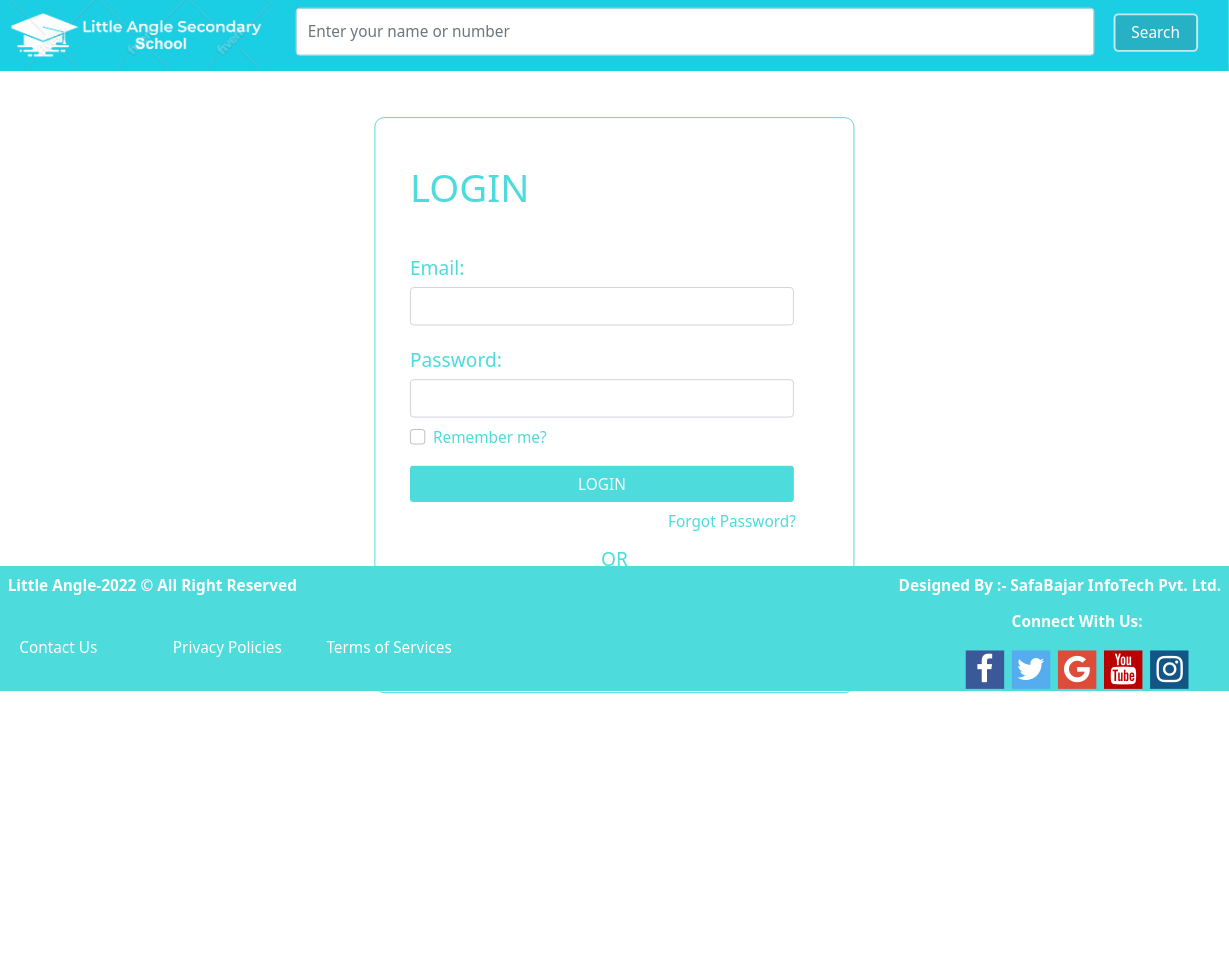
Repository: Sjuicyy/School-Project
Page: login.html
These files come from the project's save history. The page is drawn as it stood at one moment and after a run of saves; the edit follows.
The browser window is 1280 px wide. The pictures show the whole page, at 96% of full size.

Above is the page before, as saved 2022-09-17 13:23:09.

### login.html
<!doctype html>
<html lang="en">

<head>
    <!-- Required meta tags -->
    <meta charset="utf-8">
    <meta name="viewport" content="width=device-width, initial-scale=1">

    <!-- Bootstrap CSS -->
    <link href="https://cdn.jsdelivr.net/npm/bootstrap@5.0.2/dist/css/bootstrap.min.css" rel="stylesheet"
        integrity="sha384-EVSTQN3/azprG1Anm3QDgpJLIm9Nao0Yz1ztcQTwFspd3yD65VohhpuuCOmLASjC" crossorigin="anonymous">

    <link rel="stylesheet" href="https://cdnjs.cloudflare.com/ajax/libs/font-awesome/4.7.0/css/font-awesome.min.css">


    <style>
        body {
            height: 1000px;
        }

        .navcol {
            background-color: rgb(28, 206, 228);
        }

        .row0 div {
            width: auto;
            display: flex;
        }

        .img {
            height: 70px;
            width: 100%;
        }

        .form-control {
            height: 50px;
        }


        .btn1 {
            background-color: rgb(38, 178, 196);
            color: white;
            height: 40px;
            width: 100px;
            margin: 20px;
            margin-top: 14px;
            border: 2px solid rgba(255, 255, 255, 0.715);
            border-radius: 5px;
        }

        .btn1:hover {
            background-color: rgba(0, 225, 255, 0);
            border: 2px solid white;
            outline: none;
        }

        .btn1:active {
            color: rgba(255, 255, 255, 0.667);
            border: 2px solid rgba(255, 255, 255, 0.533);
        }

        .footer {
            background-color: rgb(77, 219, 219);
            position: fixed;
            width: 100%;
            overflow: AUTO;
            color: rgb(255, 255, 255);
            bottom: 0;
        }

        .footer::-webkit-scrollbar {
            display: none;
        }


        .fb {

            width: 160px
        }

        .fa1 {
            font-size: xx-large;
            padding: 4px;
            margin: 2px;
            width: 40px;
            text-decoration: none;
        }

        .fa-facebook {
            background: #3B5998;
            color: white;
        }

        .fa-twitter {
            background: #55ACEE;
            color: white;
        }

        .fa-google {
            background: #dd4b39;
            color: white;
        }

        .fa-youtube {
            background: #bb0000;
            color: white;
        }

        .fa-instagram {
            background: #125688;
            color: white;
        }
        .bd{
            border: 1px solid rgb(77, 219, 219);
        }
        .formM{
            width: 400px;
            margin-left: 24px;
            height: 40px;
        }
        .btn2{
            background-color: rgb(77, 219, 219);
            width: 400px;
        }
        .color{
            color: rgb(77, 219, 219);;
        }
        .a{
            text-decoration: none;
            color: rgb(77, 219, 219);
        }
    </style>
    <title>Little Angle School</title>
</head>

<body>
    <!-- heading start -->
    <div class="container-fluid text-center">
        <div class="row row0 navcol">
            <div class="col-3">
                <img class="img" src="/school.png" alt="">
            </div>
            <div class="col">
                <input class="form-control mt-2 " type="search" placeholder="Enter your name or number "
                    aria-label="Search">
                <button class="btn1" type="submit">Search</button>
                </form>
            </div>
        </div>
    </div>
    <!-- heading end -->



    <!-- login body  -->


    <div class="container mt-5 bd" style="width: 500px;height:600px;border-radius:10px">

        <div class="row  m-4 mt-5 h1 color">LOGIN</div>
        <div class="row mx-4 mt-5 h5 color">Email:</div>
        <input class="form-control formM" type="text">

        <div class="row mx-4 mt-4 h5 color">Password:</div>
        <input class="form-control formM" type="password">

        <div class="form-check mx-4 mt-2">
            <input class="form-check-input a" type="checkbox" value="" id="flexCheckDefault">
            <label class="form-check-label a" for="flexCheckDefault">
                Remember me?
            </label>
          </div>
        <!-- <input class="form-check mx-4 mt-2" type="checkbox" name="" id="">
        <label for="">aaaaa</label> -->

        <button class="btn btn2 mt-3 ms-4 text-light" type="submit">LOGIN</button>
        <div class=" w-100 px-5 mt-2 text-end">
            <a class="a" href="">Forgot Password?</a>
        </div>

        <p class=" text-center mt-3 h5 border-2 a ">OR</p>
        <div class="text-center">
            <a href="#" class="fa fa1 fa-facebook"></a>
            <a href="#" class="fa fa1 fa-google"></a>
            <a href="#" class="fa fa1 fa-twitter"></a>
        </div>



    </div>


    <!-- // login body  -->












    <!-- footer start -->


    <div class="footer">
        <div class="row ">
            <div class="col mx-2 mt-2" style="text-align:left"> <b>Little Angle-2022 © All Right Reserved</b> </div>
            <div class="col mx-2 mt-2" style="text-align:right">
                <p> <b>Designed By :- SafaBajar InfoTech Pvt. Ltd.</b> </p>
            </div>
        </div>
        <div class="row mx-2">
            <div class="col-2  fb" style="text-align:left;margin-top:25px">Contact Us</div>
            <div class="col-2  fb" style="text-align:left;margin-top:25px">Privacy Policies</div>
            <div class="col-2  fb" style="text-align:left;margin-top:25px">Terms of Services</div>
            <div class="col  fb" style="text-align:left"></div>
            <div class="col-6 fb mt-2" style="text-align:center;width:300px">
                <p style="margin-top: -10px;"> <b>Connect With Us:</b> </p>
                <a href="https://www.facebook.com/search/top?q=safabazar%20private%20limited" class="fa fa1 fa-facebook"
                    style="text-align:center;margin-top:-10px"></a>
                <a href="#" class="fa fa1 fa-twitter"></a>
                <a href="#" class="fa fa1 fa-google"></a>
                <a href="#" class="fa fa1 fa-youtube"></a>
                <a href="#" class="fa fa1 fa-instagram"></a>
            </div>
        </div>

    </div>

    </div>

    </div>












    <!-- Optional JavaScript; choose one of the two! -->

    <!-- Option 1: Bootstrap Bundle with Popper -->
    <script src="https://cdn.jsdelivr.net/npm/bootstrap@5.0.2/dist/js/bootstrap.bundle.min.js"
        integrity="sha384-MrcW6ZMFYlzcLA8Nl+NtUVF0sA7MsXsP1UyJoMp4YLEuNSfAP+JcXn/tWtIaxVXM"
        crossorigin="anonymous"></script>

    <!-- Option 2: Separate Popper and Bootstrap JS -->
    <!--
    <script src="https://cdn.jsdelivr.net/npm/@popperjs/core@2.9.2/dist/umd/popper.min.js" integrity="sha384-IQsoLXl5PILFhosVNubq5LC7Qb9DXgDA9i+tQ8Zj3iwWAwPtgFTxbJ8NT4GN1R8p" crossorigin="anonymous"></script>
    <script src="https://cdn.jsdelivr.net/npm/bootstrap@5.0.2/dist/js/bootstrap.min.js" integrity="sha384-cVKIPhGWiC2Al4u+LWgxfKTRIcfu0JTxR+EQDz/bgldoEyl4H0zUF0QKbrJ0EcQF" crossorigin="anonymous"></script>
    -->
</body>

</html>

After the next 2 saves:
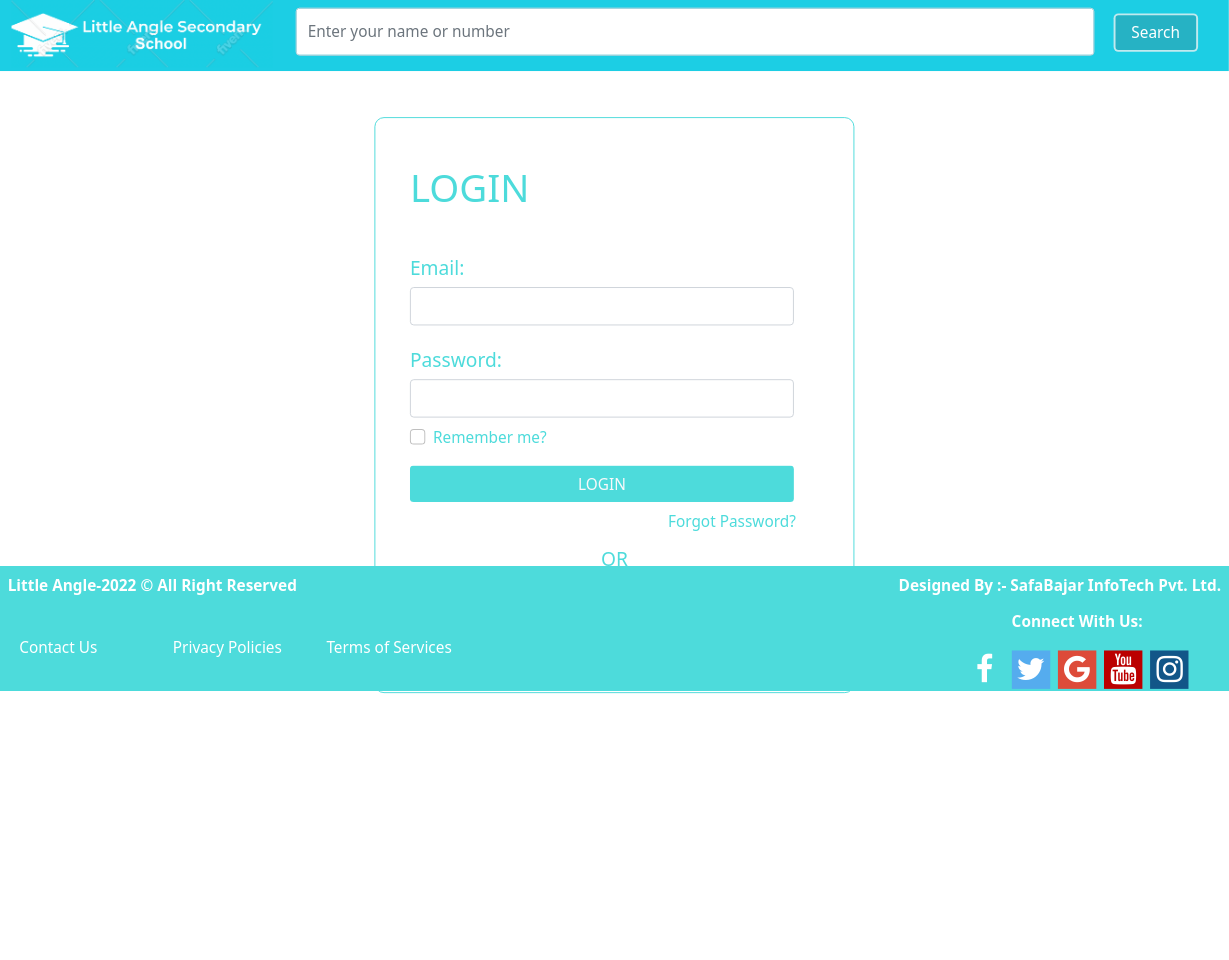
The 2 saves are shown as one change because they came seconds apart.
The last was saved 11 s later.
--- a/login.html
+++ b/login.html
@@ -87,7 +87,7 @@
         }
 
         .fa-facebook {
-            background: #3B5998;
+
             color: white;
         }
 

After the save that followed:
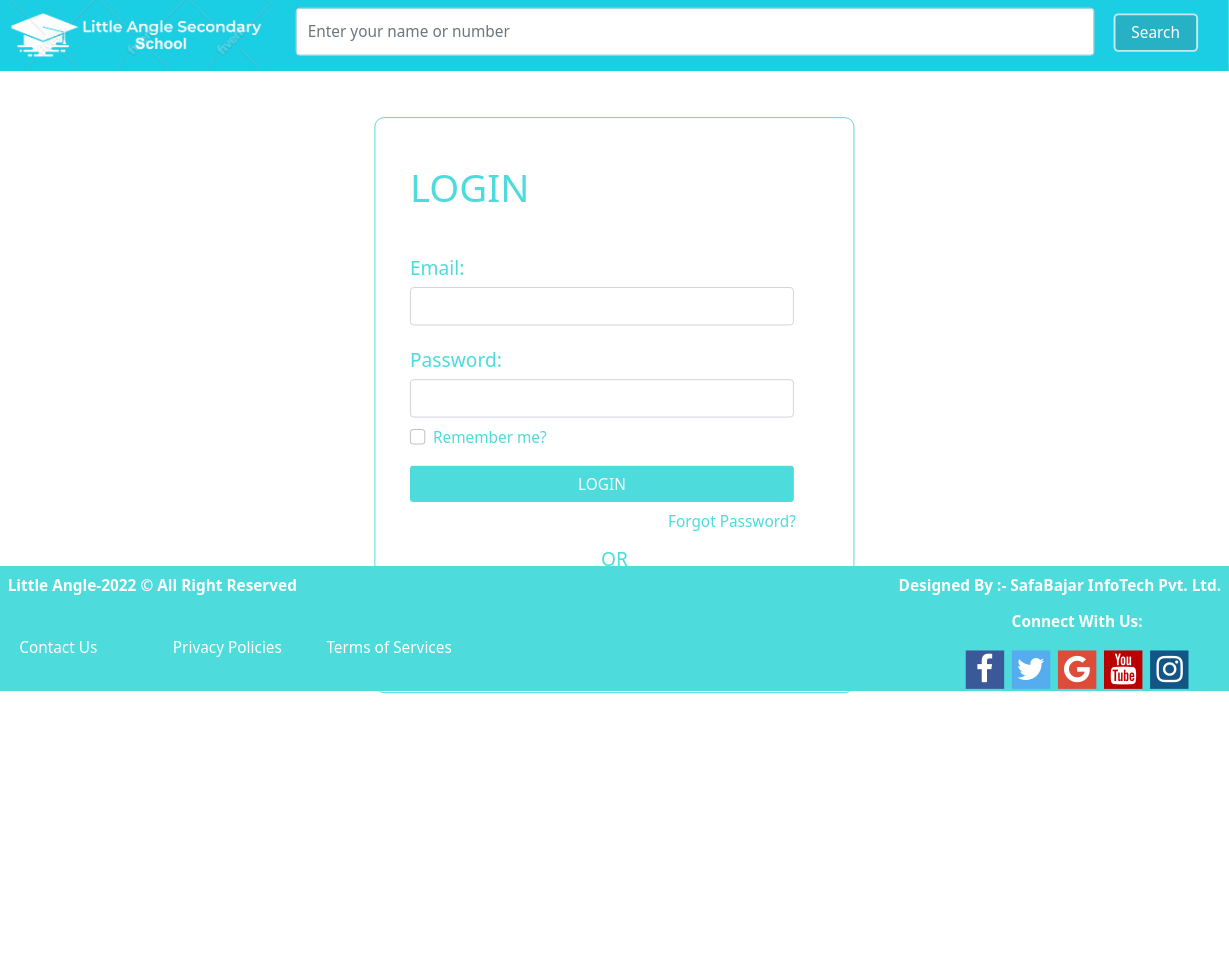
Saved 12 s later.
--- a/login.html
+++ b/login.html
@@ -87,7 +87,7 @@
         }
 
         .fa-facebook {
-
+            background: #3B5998;
             color: white;
         }
 
